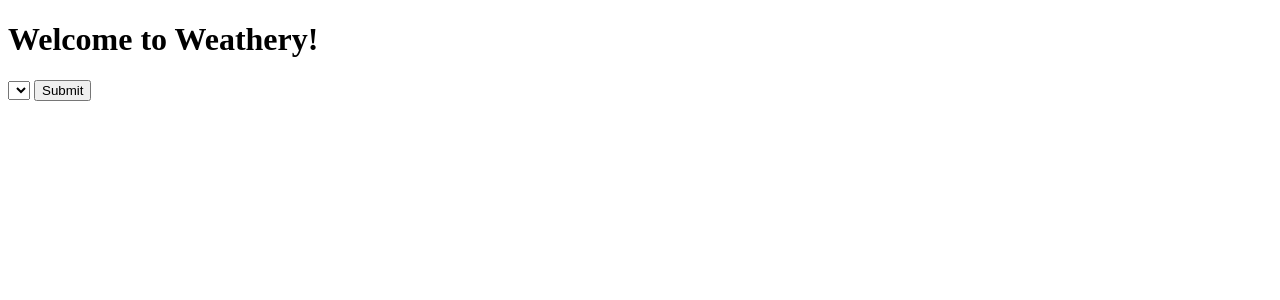
Repository: Chaunce-y/Weathery
Page: index.html
An editor plug-in stored every save of this project. The page is shown before and after the next save, followed by the edit.
The browser window is 1280 px wide. The pictures show the whole page.

Above is the page before, as saved 2020-08-20 16:02:25.

### index.html
<!DOCTYPE html>
<html lang="en">
<head>
    <meta charset="UTF-8">
    <meta name="viewport" content="width=device-width, initial-scale=1.0">
    <script src="https://unpkg.com/axios/dist/axios.min.js"></script>
    <script defer src="app.js"></script>
    <title>Weathery</title>
</head>
<body>
    <h1>Welcome to Weathery!</h1>
    <form>
        <select id="city">Please enter your city: </select>
        <button type="submit">Submit</button>
    </form>
    <div id="results"></div>














</body>

</html>

### app.js
const title = document.querySelector('h1')
console.log(title)

const sayHello = (e) => {
    console.log(e.target)
}

After the next save:
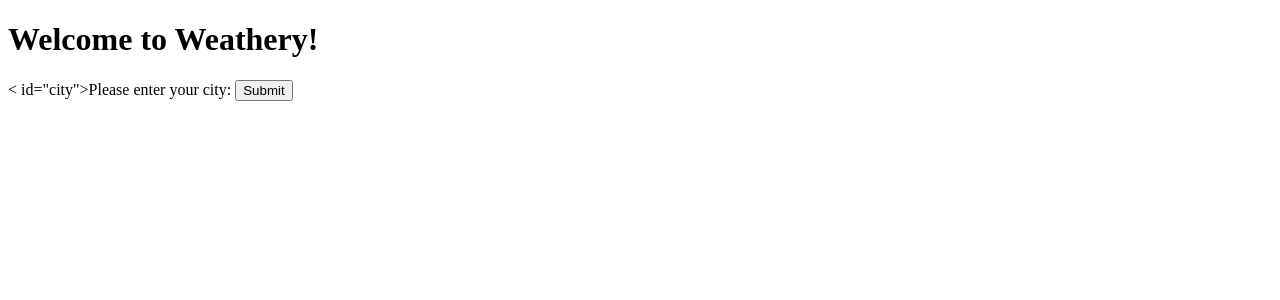
Saved 58 s later.
--- a/index.html
+++ b/index.html
@@ -10,7 +10,7 @@
 <body>
     <h1>Welcome to Weathery!</h1>
     <form>
-        <select id="city">Please enter your city: </select>
+        < id="city">Please enter your city: </select>
         <button type="submit">Submit</button>
     </form>
     <div id="results"></div>
